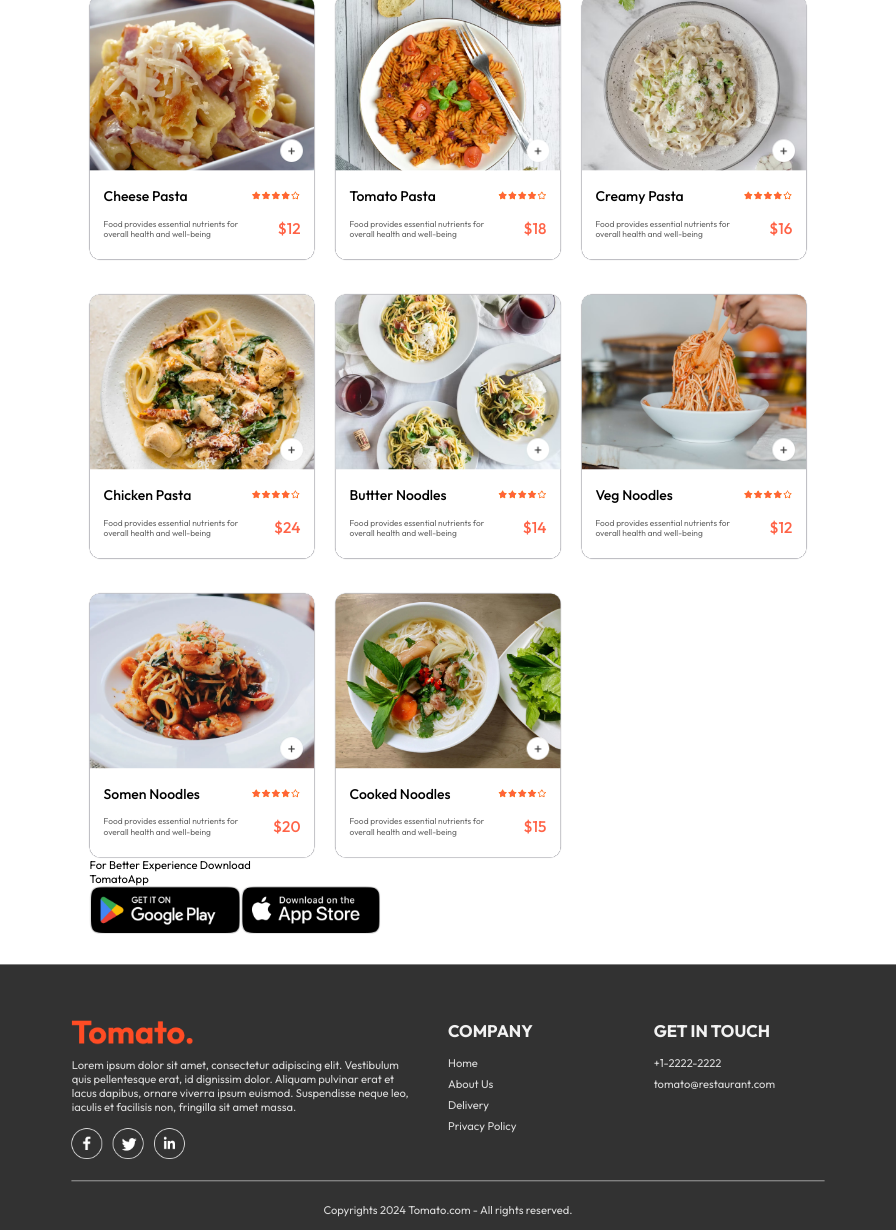
Repository: guilhermecardoso93/tomato-front-end
Page: /
The author's editor kept a copy of each file at every save. The page is drawn from the files as they stood at one save, then again after a run of saves.
The browser window is 1280 px wide. The pictures show the part of the page from y = 4414 to 6334 px (the page is 6172 px tall before and 6334 px after), at 70% of full size.
The project was rebuilt for these pictures with package versions that can differ from the ones it lists, and the page was loaded fresh each time. Also part of the build but not shown: vite.config.js, src/pages/Cart/styles.css, src/pages/Cart/index.jsx, src/pages/PlaceOrder/styles.css, src/pages/PlaceOrder/index.jsx.

Above is the page before, as saved 2024-10-31 19:13:39.

### index.html
<!doctype html>
<html lang="en">

<head>
    <meta charset="UTF-8" />
    <link rel="icon" type="image/svg+xml" href="" />
    <link rel="preconnect" href="https://fonts.googleapis.com">
    <link rel="preconnect" href="https://fonts.gstatic.com" crossorigin>
    <link href="https://fonts.googleapis.com/css2?family=Inter:ital,opsz,wght@0,14..32,100..900;1,14..32,100..900&family=Outfit:wght@100..900&display=swap" rel="stylesheet">
    <meta name="viewport" content="width=device-width, initial-scale=1.0" />
    <title>Tomato</title>
</head>

<body>
    <div id="root"></div>
    <script type="module" src="/src/main.jsx"></script>
</body>

</html>

### src/main.jsx
import { StrictMode } from "react";
import { createRoot } from "react-dom/client";
import "./index.css";
import { App } from "./App.jsx";
import { BrowserRouter } from "react-router-dom";
import StoreContextProvider from "./context/StoreContext.jsx";

createRoot(document.getElementById("root")).render(
  <BrowserRouter>
    <StoreContextProvider>
      <App />
    </StoreContextProvider>
  </BrowserRouter>
);

### src/index.css
* {
  padding: 0;
  margin: 0;
  box-sizing: border-box;
}

body {
  min-height: 100vh;
  font-family: "Outfit", sans-serif;
}

a {
  text-decoration: none;
  color: inherit;
}

.app {
  width: 80%;
  margin: auto;
  margin-bottom: 2rem;
}

@keyframes fadeIn {
  0% {
    opacity: 0;
  }

  100% {
    opacity: 1;
  }
}

### src/App.jsx
import { Routes, Route } from "react-router-dom";
import { Navbar } from "./components/Navbar";

import { Home } from "./pages/Home";
import { Cart } from "./pages/Cart";
import { PlaceOrder } from "./pages/PlaceOrder";
import { Footer } from "./components/Footer";

export function App() {
  return (
    <>
      <div className="app">
        <Navbar />
        <Routes>
          <Route path="/" element={<Home />} />
          <Route path="/cart" element={<Cart />} />
          <Route path="/order" element={<PlaceOrder />} />
        </Routes>
      </div>
      <Footer />
    </>
  );
}

### src/context/StoreContext.jsx
import { createContext, useEffect, useState } from "react";
import { food_list } from "../assets/assets";

export const StoreContext = createContext(null);

const StoreContextProvider = (props) => {
  const [cartItems, setCartItems] = useState({});

  const addCart = (itemId) => {
    if (!cartItems[itemId]) {
      setCartItems((prev) => ({ ...prev, [itemId]: 1 }));
    } else {
      setCartItems((prev) => ({ ...prev, [itemId]: prev[itemId] + 1 }));
    }
  };

  const removeFromCart = (itemId) => {
    setCartItems((prev) => ({ ...prev, [itemId]: prev[itemId] - 1 }));
  };

  const contextValue = {
    food_list,
    cartItems,
    setCartItems,
    addCart,
    removeFromCart,
  };

  useEffect(() => {
    console.log(cartItems);
  }, [cartItems]);

  return (
    <StoreContext.Provider value={contextValue}>
      {props.children}
    </StoreContext.Provider>
  );
};

export default StoreContextProvider;

### src/components/Navbar/index.jsx
import { useState } from "react";
import { assets } from "../../assets/assets";
import "./styles.css";

export const Navbar = () => {
  const [menu, setMenu] = useState("Home");

  return (
    <div className="navbar">
      <img src={assets.logo} alt="Logo" className="logo" />
      <ul className="navbar-menu">
        <li
          onClick={() => setMenu("Home")}
          className={menu === "Home" ? "active" : ""}
        >
          Home
        </li>
        <li
          onClick={() => setMenu("Menu")}
          className={menu === "Menu" ? "active" : ""}
        >
          Menu
        </li>
        <li
          onClick={() => setMenu("MobileApp")}
          className={menu === "MobileApp" ? "active" : ""}
        >
          MobileApp
        </li>
        <li
          onClick={() => setMenu("Contact Us")}
          className={menu === "Contact Us" ? "active" : ""}
        >
          Contact Us
        </li>
      </ul>
      <div className="navbar-right">
        <img src={assets.search_icon} alt="" />
        <div className="navbar-search-icon">
          <img src={assets.basket_icon} alt="" />
          <div className="dot"></div>
        </div>
        <button>sign in</button>
      </div>
    </div>
  );
};

### src/pages/Home/index.jsx
import { useState } from "react";
import { ExplorerMenu } from "../../components/ExplorerMenu";
import { Header } from "../../components/Header";
import "./styles.css";
import { FoodDisplay } from "../../components/FoodDisplay/Index";
import { AppDownload } from "../../components/AppDownload";

export const Home = () => {
  const [category, setCategory] = useState("All");

  return (
    <div>
      <Header />
      <ExplorerMenu category={category} setCategory={setCategory} />
      <FoodDisplay category={category} />
      <AppDownload />
    </div>
  );
};

### src/components/Footer/index.jsx
import { assets } from "../../assets/assets";
import "./styles.css";

export const Footer = () => {
  return (
    <footer id="footer">
      <div className="footer-container">
        <div className="footer-left">
          <img src={assets.logo} alt="" />
          <p>
            Lorem ipsum dolor sit amet, consectetur adipiscing elit. Vestibulum
            quis pellentesque erat, id dignissim dolor. Aliquam pulvinar erat et
            lacus dapibus, ornare viverra ipsum euismod. Suspendisse neque leo,
            iaculis et facilisis non, fringilla sit amet massa.
          </p>
          <div className="footer-social-icons">
            <img src={assets.facebook_icon} alt="" />
            <img src={assets.twitter_icon} alt="" />
            <img src={assets.linkedin_icon} alt="" />
          </div>
        </div>
        <div className="footer-center">
          <h2>COMPANY</h2>
          <ul>
            <li>Home</li>
            <li>About Us</li>
            <li>Delivery</li>
            <li>Privacy Policy</li>
          </ul>
        </div>
        <div className="footer-right">
          <h2>GET IN TOUCH</h2>
          <ul>
            <li>+1-2222-2222</li>
            <li>tomato@restaurant.com</li>
          </ul>
        </div>
      </div>
      <hr />
      <p className="footer-copy-rights">
        Copyrights 2024 Tomato.com - All rights reserved.
      </p>
    </footer>
  );
};

### src/components/Navbar/styles.css
.navbar {
  padding: 20px 0;
  display: flex;
  justify-content: space-between;
  align-items: center;
}

.navbar .logo {
  width: 150px;
}

.navbar-menu {
  display: flex;
  list-style: none;
  gap: 10px;
  color: #49557c;
  font-size: 18px;
}

.navbar li {
  cursor: pointer
}

.navbar-right {
  display: flex;
  align-items: center;
  gap: 40px;
}

.navbar button {
  background: transparent;
  font-size: 16px;
  color: #49557c;
  border: 1px solid tomato;
  padding: 10px 30px;
  border-radius: 50px;
  cursor: pointer;
  transition: 0.3s;
}

.navbar button:hover {
  background: #fff4f2;
}

.navbar .active {
  padding-bottom: 2px;
  border-bottom: 2px solid #49557c;
}

.navbar-search-icon {
  position: relative;
}

.navbar-search-icon .dot {
  position: absolute;
  min-height: 10px;
  min-width: 10px;
  background-color: tomato;
  border-radius:  5px;
  top: -8px;
  right: -8px;
}

### src/components/ExplorerMenu/index.jsx
import { menu_list } from "../../assets/assets";

import "./styles.css";

export const ExplorerMenu = ({ category, setCategory }) => {
  return (
    <div className="explorer-menu" id="explore-menu">
      <h1>Explore our menu</h1>
      <p className="explore-menu-text">
        Choose from a diverse menu featuring a delectable arrays os dishes
        crafted with the finest ingredients and culinary expertise. Our mission
        is to satisfy your cravings and elevate your dining experience, one
        delicious meal at a time.
      </p>
      <div className="explore-menu-list">
        {menu_list.map((item, index) => {
          return (
            <div
              className="explore-menu-list-item"
              key={index}
              onClick={() =>
                setCategory((prev) =>
                  prev === item.menu_name ? "All" : item.menu_name
                )
              }
            >
              <img
                src={item.menu_image}
                alt=""
                className={category === item.menu_name ? "active" : ""}
              />
              <p className={category === item.menu_name ? "active-text" : ""}>
                {item.menu_name}
              </p>
            </div>
          );
        })}
      </div>
      <hr />
    </div>
  );
};

### src/components/Header/index.jsx
import "./styles.css";

export const Header = () => {
  return (
    <div className="header">
      <div className="header-container">
        <h2>Oder your favorite food here</h2>
        <p>
          Choose from a diverse menu featuring a delectable arrays os dishes
          crafted with the finest ingredients and culinary expertise. Our
          mission is to satisfy your cravings and elevate your dining
          experience, one delicious meal at a time.
        </p>
        <button> View Menu</button>
      </div>
    </div>
  );
};

### src/components/FoodDisplay/Index.jsx
import { useContext } from "react";
import { StoreContext } from "../../context/StoreContext";
import { FoodItem } from "../FoodItem";

import "./styles.css";

export const FoodDisplay = ({ category }) => {
  const { food_list } = useContext(StoreContext);

  return (
    <div className="food-display" id="food-display">
      <h2>Top Dishes near you</h2>
      <div className="food-display-list">
        {food_list.map((item, index) => {
          if (category === "All" || category === item.category) {
            return (
              <FoodItem
                key={index}
                id={item._id}
                name={item.name}
                description={item.description}
                price={item.price}
                image={item.image}
              />
            );
          }
        })}
      </div>
    </div>
  );
};

### src/components/AppDownload/index.jsx
import { assets } from "../../assets/assets";

export const AppDownload = () => {
  return (
    <div className="app-download" id="app-download">
      <p>
        For Better Experience Download <br /> TomatoApp
      </p>
      <div className="app-download-platforms">
        <img src={assets.play_store} alt="" />
        <img src={assets.app_store} alt="" />
      </div>
    </div>
  );
};

### src/components/Footer/styles.css
footer {
  color: #d9d9d9;
  background-color: #323232;
  display: flex;
  align-items: center;
  flex-direction: column;
  gap: 20px;
  padding: 20px 8vw;
  padding-top: 80px;
  margin-top: 40px;
}

.footer-container {
  width: 100%;
  display: grid;
  grid-template-columns: 2fr 1fr 1fr;
  gap: 50px;
}

.footer-left, .footer-right, .footer-center {
  display: flex;
  flex-direction: column;
  align-items: start;
  gap: 20px;
}

footer li {
  list-style: none;
  margin-bottom: 10px;
  cursor: pointer;
}

footer h2 {
  color: #f2f2f2;
}

.footer-social-icons {
  display: flex;
  gap: 15px;
  width: 40px;
  margin-right: 15px;
}

footer hr {
  width: 100%;
  height: 2px;
  margin: 10px 0;
  background-color: gray;
  border: none;
}

### src/components/ExplorerMenu/styles.css
.explorer-menu {
  display: flex;
  flex-direction: column;
  gap: 1rem;
}

.explorer-menu h1 {
  color: #262626;
  font-size: 500;
}

.explore-menu-text {
  max-width: 60%;
  color: #808080;
}

.explore-menu-list {
  display: flex;
  justify-content: space-between;
  align-items: center;
  gap: 30px;
  text-align: center;
  margin: 20px 0px;
  overflow-x: scroll;
}

.explore-menu-list::-webkit-scrollbar {
  display: none;
}

.explore-menu-list img {
  width: 7.5vw;
  min-width: 80px;
  cursor: pointer;
  border-radius: 50%;
  transition: 0.2s;
}

.explore-menu-list p {
  margin-top: 10px;
  color: #747474;
  font-size: max(1.4vw, 16px);
  cursor: pointer;
}

.explore-menu hr {
  margin: 10px 0px;
  height: 2px;
  background: #e2e2e2;
  border: none;
}

.explore-menu-list .active {
  border: 4px solid tomato;
  padding: 2px;
}

.explore-menu-list .active-text {
  color: tomato;
}

### src/components/Header/styles.css
.header {
  height: 34vw;
  margin: 30px auto;
  background: url('../../assets/header_img.png') no-repeat;
  background-size: contain;
  position: relative;
}



.header-container {
  position: absolute;
  display: flex;
  flex-direction: column;
  align-items: start;
  padding: 20px;
  gap: 1.5vw;
  max-width: 52%;
  bottom: 10%;
  animation: fadeIn 3s;
}


.header-container h2 {
  font-weight: 500;
  color: #f2f2f2f2;
  font-size: max(4.5vw, 22px);
}


.header-container p {
  color: #f2f2f2f2;
  font-size: 1vw;
}


.header-container button {
  border: none;
  color: #747474;
  font-weight: 700;
  padding: 1vw 2.3vw;
  background: white;
  font-size: max(1vw, 13px);
  border-radius: 50px;
}

### src/components/FoodItem/index.jsx
import { useContext } from "react";
import { assets } from "../../assets/assets";
import "./styles.css";
import { StoreContext } from "../../context/StoreContext";

export const FoodItem = ({ id, name, price, description, image }) => {
  const { removeFromCart, addCart, cartItems } = useContext(StoreContext);

  return (
    <div className="food-item" id={id}>
      <div className="food-item-image-container">
        <img src={image} alt={name} className="food-item-image" />
        {!cartItems[id] ? (
          <img
            src={assets.add_icon_white}
            alt="Adicionar ao carrinho"
            className="add"
            onClick={() => addCart(id)}
          />
        ) : (
          <div className="food-item-counter">
            <img
              src={assets.remove_icon_red}
              alt="Remover do carrinho"
              onClick={() => removeFromCart(id)}
            />
            <p>{cartItems[id]}</p>
            <img
              src={assets.add_icon_green}
              alt="Adicionar ao carrinho"
              onClick={() => addCart(id)}
            />
          </div>
        )}
      </div>
      <div className="food-item-info">
        <div className="food-item-name-rating">
          <p>{name}</p>
          <img src={assets.rating_starts} alt="Rating" />
        </div>
        <div className="food-item-prices">
          <p className="food-item-description">{description}</p>
          <p className="food-item-price">${price}</p>
        </div>
      </div>
    </div>
  );
};

### src/components/FoodDisplay/styles.css
.food-display {
  margin-top: 30px;
}

.food-display h2 {
  font-size: max(2vw, 24px);
  font-weight: 600;
}


.food-display-list {
  display: grid;
  grid-template-columns: repeat(auto-fill, minmax(240px, 1fr));
  margin-top: 30px;
  gap: 30px;
  row-gap: 50px;
}

### src/components/FoodItem/styles.css
.food-item {
  width: 100%;
  margin: auto;
  border-radius: 15px;
  box-shadow: 0px 0px 1px #000015;
  transition: 0.3s;
  animation: fadeIn 1s;
}

.food-item-image {
  width: 100%;
  border-radius: 15px 15px 0px 0px;
}

.food-item-image-container {
  position: relative;
}

.food-item-image-container .add {
  position: absolute;
  width: 35px;
  bottom: 15px;
  right: 15px;
  cursor: pointer;
  border-radius: 50%;
}

.food-item-counter {
  position: absolute;
  bottom: 15px;
  right: 15px;
  display: flex;
  align-items: center;
  gap: 10px;
  border-radius: 50px;
  background-color: #f2f2f2;
  padding: 3px;
  font-weight: 700;
}

.food-item-counter img {
  width: 30px;
}

.food-item-info {
  padding: 20px;
}

.food-item-name-rating {
  display: flex;
  justify-content: space-between;
  align-items: center;
  margin-bottom: 10px;
}

.food-item-name-rating p {
  font-size: 20px;
  font-weight: 500;
}

.food-item-name-rating img {
  width: 70px;
}

.food-item-prices {
  display: flex;
  justify-content: space-between;
  align-items: center;
  gap: 10px;
}

.food-item-description {
  color: #676767;
  font-size: 12px;
  width: 75%;
}

.food-item-price {
  color: tomato;
  font-size: 22px;
  font-weight: 500;
  margin: 10px 0;
}

### src/components/AppDownload/styles.css
.app-download {
  margin: auto auto;
  margin-top: 100px;
  font-size:  max(3vw, 20px);
  text-align: center;
  font-weight: 500;
}

Loaded but not shown: src/assets/assets.js (350 lines, source omitted); src/pages/Home/styles.css (no stored copy; drawn as an empty file)

After the next 2 saves:
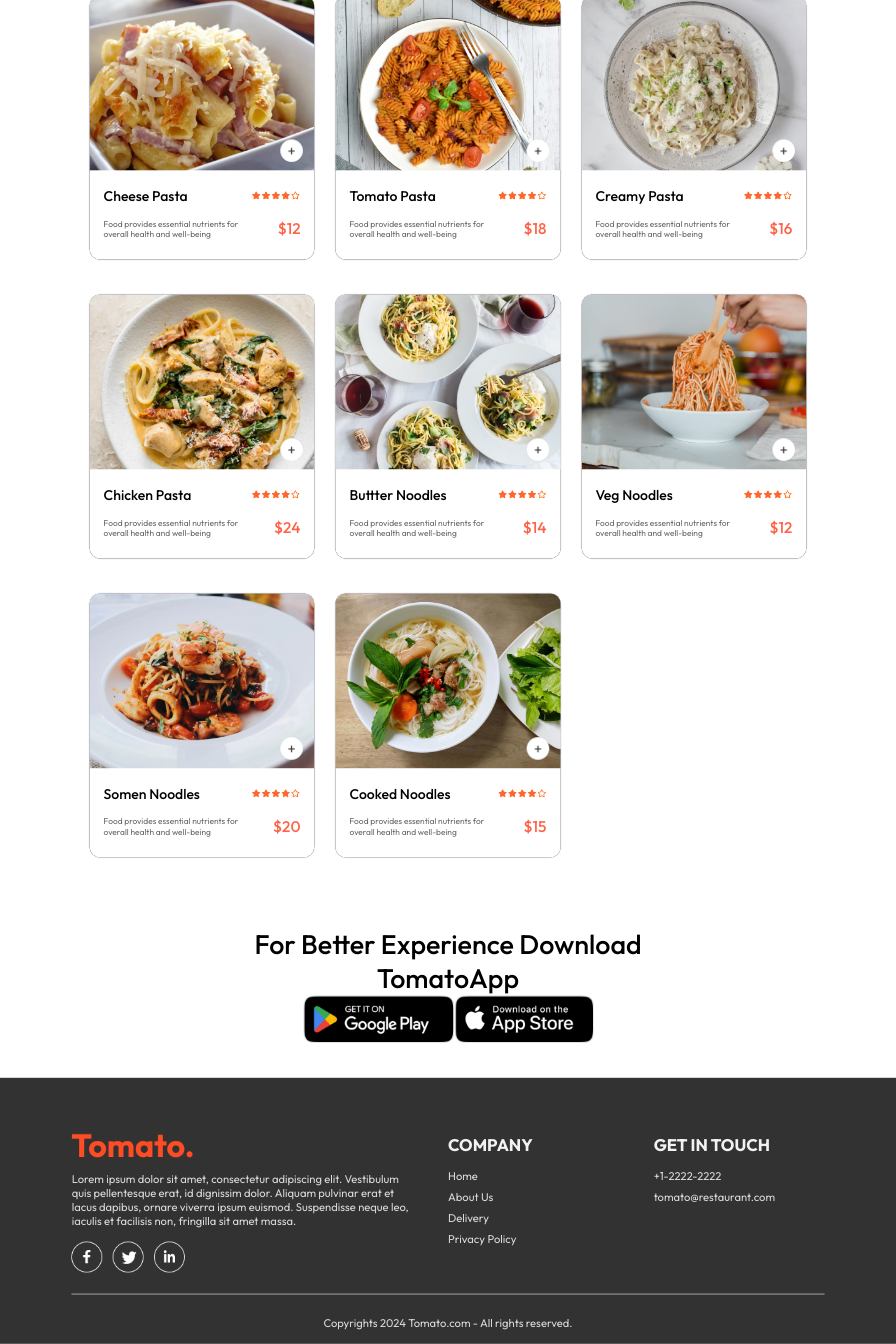
The 2 saves are shown as one change because they came seconds apart.
The last was saved 16 s later.
--- a/src/components/AppDownload/index.jsx
+++ b/src/components/AppDownload/index.jsx
@@ -1,4 +1,6 @@
 import { assets } from "../../assets/assets";
+
+import "./styles.css";
 
 export const AppDownload = () => {
   return (
